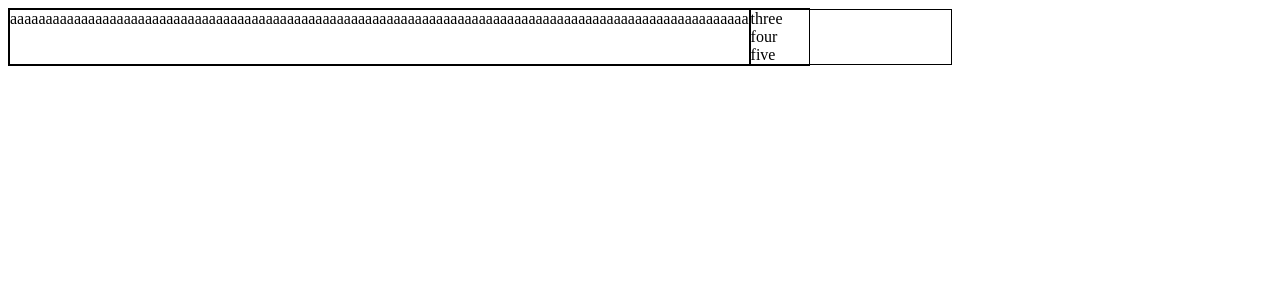
Repository: kpavankumaar/online_uk_class
Page: flex.html
An editor plug-in stored every save of this project. The page is shown before and after the next save, followed by the edit.
The browser window is 1280 px wide. The pictures show the whole page.

Above is the page before, as saved 2022-01-12 14:38:46.

### flex.html
<!DOCTYPE html>
<!-- <html lang="ar" dir="rtl" > -->
<html lang="en">
<head>
    <meta charset="UTF-8">
    <meta http-equiv="X-UA-Compatible" content="IE=edge">
    <meta name="viewport" content="width=device-width, initial-scale=1.0">
    <title>Document</title>
    <style>
        div.main{
            border:1px solid black;
            width:800px;
            display: flex;
        }
        div.box{
            border:1px solid black;
            /* flex-basis: 200px; */
            /* flex-grow:0;
            flex-shrink:1;
            flex-basis:auto; */
            /* flex : 0 1 auto; short hand version */
            /* flex-grow: 1; */
            flex-shrink: 0;
            /* width:400px; */
        }
        .box1{
            /* flex-grow:1; */
            /* flex-grow: 1;
            flex-basis:200px; */
        }
        .box2{

        }
        .box3{
            /* flex-grow: 1;*/
            flex-basis: 200px;
            flex-shrink:1;
        }
    </style>
</head>
<body>
    <div class="main">
        <div class="box box1">
            aaaaaaaaaaaaaaaaaaaaaaaaaaaaaaaaaaaaaaaaaaaaaaaaaaaaaaaaaaaaaaaaaaaaaaaaaaaaaaaaaaaaaaaaaaaaaaaaaaaaaaaa
        </div>
        <!-- <div class="box box2">two</div> -->
        <div class="box box3">three <br> four <br>five</div>
    </div>
    <!-- <div class="main">
        <div class="box box1">
            ا
        </div>
        <div class="box box2">ب</div>
        <div class="box box3">ت</div>
    </div> -->

</body>
</html>

After the next save:
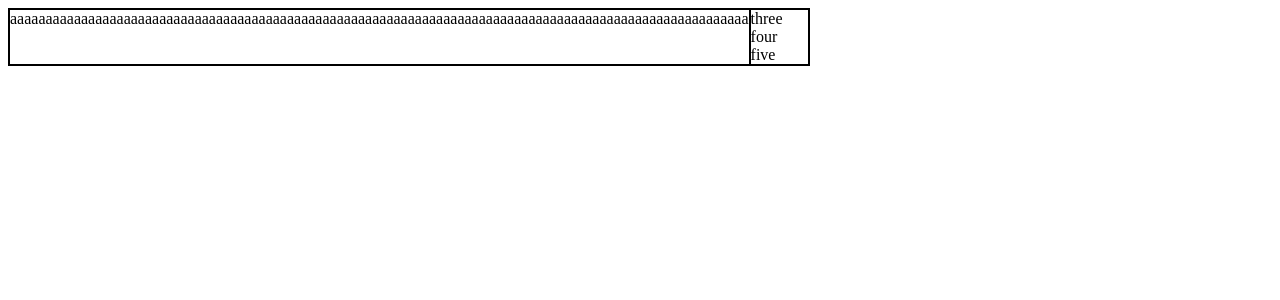
Saved 12 s later.
--- a/flex.html
+++ b/flex.html
@@ -20,7 +20,7 @@
             flex-basis:auto; */
             /* flex : 0 1 auto; short hand version */
             /* flex-grow: 1; */
-            flex-shrink: 0;
+            /* flex-shrink: 0; */
             /* width:400px; */
         }
         .box1{
